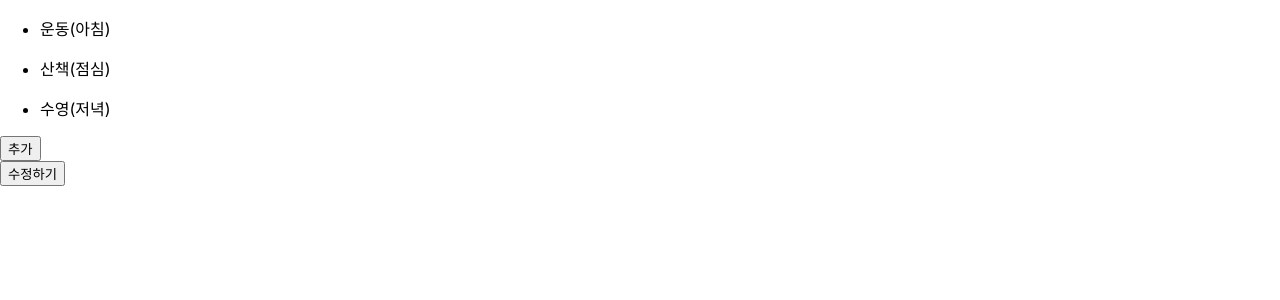
Repository: 0gunkim/REACT-TODO-PRAC
Page: / (app in todo/)
The author's editor kept a copy of each file at every save. The page is drawn from the files as they stood at one save, then again after the next save.
The browser window is 1280 px wide. The pictures show the whole page.
The project was rebuilt for these pictures with package versions that can differ from the ones it lists, and the page was loaded fresh each time.

Above is the page before, as saved 2023-01-04 13:41:55.

### todo/src/App.js
import TodoList from "./pages/TodoList";


function App() {
  return (
    <div className="App">
   <TodoList></TodoList>
    </div>
  );
}

export default App;

### todo/src/pages/TodoList.jsx
import React from 'react';
import { useState } from 'react';
import { initialTodo } from '../util/initialTodo';
import { AddButton } from '../components/AddButton';
import { EditButton } from '../components/EditButton';

export default function TodoList() {
    const [todo, setTodo] = useState(initialTodo)
    return (
        <div>
            {todo.map((list)=>{
                return(
                <div key={list.id}>
                    <ul>
                        <li>{list.title}({list.time})</li>
                    </ul>
                </div>

                )})}
                <AddButton todo={todo} setTodo={setTodo} />
                <EditButton todo={todo} setTodo={setTodo} />
        </div>
    );
}

### todo/src/util/initialTodo.js
export const initialTodo = [
{
    id: 1,
    title: '운동',
    time: '아침',
},
{
    id: 2,
    title: '산책',
    time: '점심',
},
{
    id: 3,
    title: '수영',
    time: '저녁',
},
]

### todo/src/components/AddButton.jsx
import React from 'react';

export const AddButton = (props) => {
    const {todo, setTodo} = props;
    const addHandlerButton = () => {
        const ff = prompt(`오늘의 할일은?`);
        const time = prompt(`아침? 점심? 저녁? 언제?`);
        setTodo(() => (
            [...todo, {title: ff, time}]
        ))
    };
    return(
        <div>
        <button onClick={addHandlerButton}>추가</button>
        </div>
    );
};

### todo/src/components/EditButton.jsx
import React from 'react';

export const EditButton = () => {
    const editHandlerButton = (props) => {
        const {todo, setTodo} = props;

        const editId = prompt(`수정하고싶은 번호 입력`);
        const current = prompt(`수정하고싶은 일을 적어주세요`);
        setTodo(todo => ([...todo, todo.map((i) => {
            if(i.id === editId){
                return [...todo, {title: current}]
            }
        })]))
    };
    return(
        <div>
            <button onClick={editHandlerButton}>수정하기</button>
        </div>
    );
};

Loaded but not shown: todo/public/index.html (common file); todo/src/index.js (common file); todo/src/index.css (common file); todo/src/reportWebVitals.js (common file)

After the next save:
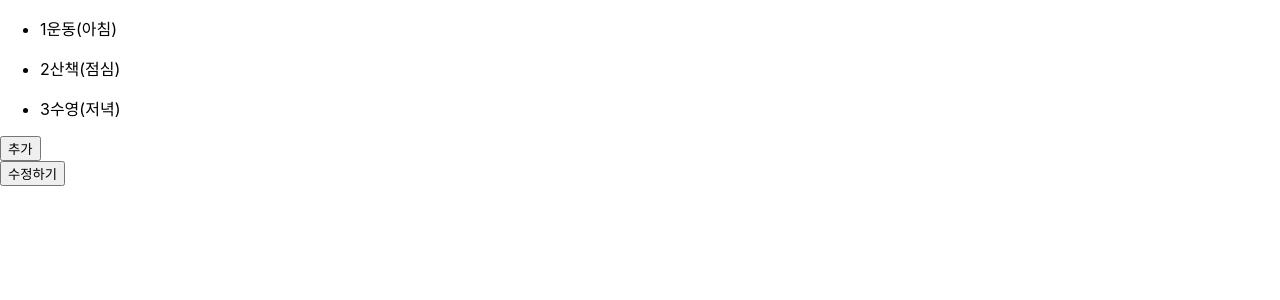
Saved 2 min 46 s later.
--- a/todo/src/pages/TodoList.jsx
+++ b/todo/src/pages/TodoList.jsx
@@ -12,7 +12,7 @@ export default function TodoList() {
                 return(
                 <div key={list.id}>
                     <ul>
-                        <li>{list.title}({list.time})</li>
+                        <li>{list.id}{list.title}({list.time})</li>
                     </ul>
                 </div>
 
